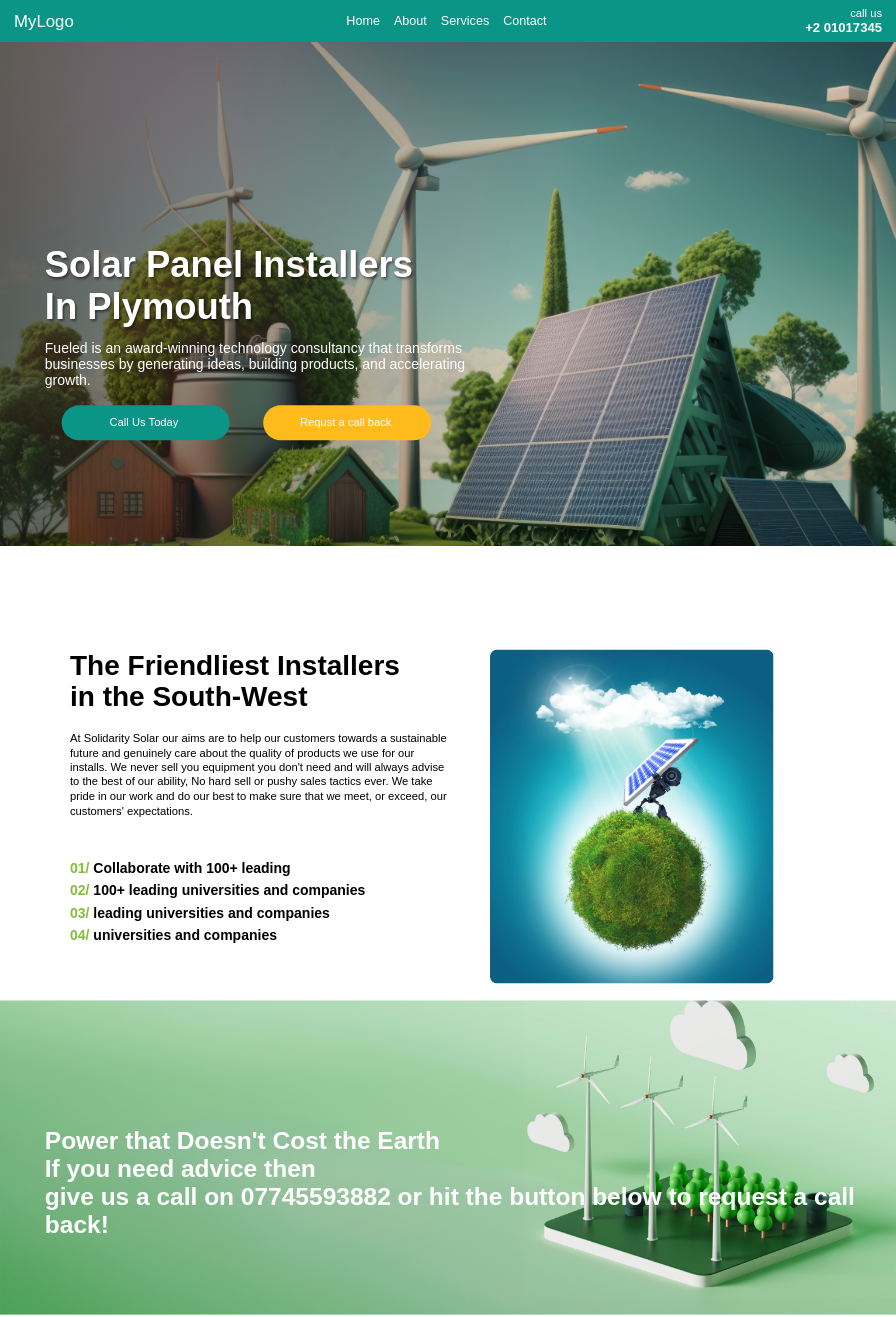
Repository: MaramNabil872/Landing-Page
Page: landingPage.html
An editor plug-in stored every save of this project. The page is shown before and after the next save, followed by the edit.
The browser window is 1280 px wide. The pictures show the whole page, at 70% of full size.

Above is the page before, as saved 2024-10-20 21:41:43.

### landingPage.html
<!DOCTYPE html>
<html lang="en">
    <head>
        <meta charset="UTF-8" />
        <meta name="viewport" content="width=device-width, initial-scale=1.0" />
        <title>Landing Page</title>
        <link rel="stylesheet" href="landingPage.css" />
    </head>
    <body>
        <nav class="navbar">
            <div class="logo">MyLogo</div>

            <ul class="nav-links">
                <li><a href="#home">Home</a></li>
                <li><a href="#about">About</a></li>
                <li><a href="#services">Services</a></li>
                <li><a href="#contact">Contact</a></li>
            </ul>
            <div class="call">
                <p>call us</p>
                <h3>+2 01017345</h3>
            </div>
        </nav>

        <div class="image-container">
            <img
                src="images/solar-panels-meadow 1.png"
                alt="Background Image"
                class="background-image"
            />
            <div class="main-text">
                <h2 class="text-wallpaper">
                    Solar Panel Installers <br />
                    In Plymouth
                </h2>
                <br />
                <p class="text-paragraph">
                    Fueled is an award-winning technology consultancy that
                    transforms <br />
                    businesses by generating ideas, building products, and
                    accelerating<br />
                    growth.
                </p>
                <div class="button-container">
                    <button class="button-wallpaper1">Call Us Today</button>
                    <button class="button-wallpaper2">
                        Requst a call back
                    </button>
                </div>
            </div>
        </div>

        <!-- first container -->

        <div class="container1">
            <div class="text-container1">
                <p class="title-container1">
                    The Friendliest Installers <br />in the South-West
                </p>
                <p class="paragraph-container1">
                    At Solidarity Solar our aims are to help our customers
                    towards a sustainable future and genuinely care about the
                    quality of products we use for our installs. We never sell
                    you equipment you don't need and will always advise to the
                    best of our ability, No hard sell or pushy sales tactics
                    ever. We take pride in our work and do our best to make sure
                    that we meet, or exceed, our customers' expectations.
                </p>
                <div class="last-container1">
                    <p>
                        <span class="number-container1">01/ </span>Collaborate
                        with 100+ leading
                    </p>
                    <p>
                        <span class="number-container1">02/ </span> 100+ leading
                        universities and companies
                    </p>
                    <p>
                        <span class="number-container1">03/ </span> leading
                        universities and companies
                    </p>
                    <p>
                        <span class="number-container1">04/ </span> universities
                        and companies
                    </p>
                </div>
            </div>
            <div class="image-container1">
                <img src="images/Rectangle 30.png" alt="solar" />
            </div>
        </div>

        <!-- second section -->

        <div class="section2">
            <img src="images/middle.png" alt="img">
            <div class="main-text">
                <h2 class="section2-text">Power that Doesn't Cost the Earth</h2>
              <h6 class="section2-paragraph">If you need advice then<br> give us a call on 07745593882 or hit the button below to request a call back!</h6>
            </div>
        </div>
    </body>
</html>

### landingPage.css
* {
    margin: 0;
    padding: 0;
    box-sizing: border-box; /* Added for consistent sizing */
}

body {
    font-family: Arial, sans-serif;
}
@media (max-width: 480px) {
    .text-overlay {
        font-size: 1.2rem; /* Even smaller text size for very small screens */
    }

    .call h3 {
        font-size: 1.2rem; /* Adjust call size for small screens */
    }
}

.navbar {
    background-color: #0b9586;
    display: flex;
    justify-content: space-between;
    align-items: center;
    padding: 10px 20px;
    position: relative;
    flex-wrap: wrap; /* Allow items to wrap on smaller screens */
}

.logo {
    color: #fff;
    font-size: 24px;
}

.nav-links {
    list-style: none;
    display: flex;
    flex-wrap: wrap; /* Allow links to wrap on smaller screens */
}

.nav-links li {
    margin-left: 20px;
}

.nav-links a {
    text-decoration: none;
    color: white;
    font-size: 18px;
    transition: color 0.3s;
}

.nav-links a:hover {
    color: #f0a500;
}

.call {
    color: #fff;
    text-align: right; /* Align text to the right */
}

.image-container {
    position: relative;
    width: 100%;
    height: 100vh;
    overflow: hidden;
}

.background-image {
    width: 100%;
    height: 100%;
    object-fit: cover;
}
.main-text{
    position: absolute;
    top: 40%;
    left:5%;
}
.text-wallpaper {


    color: white;
    font-size: 52px;
    font-weight: bold;
    text-shadow: 2px 2px 4px rgba(0, 0, 0, 0.5);
}
.text-paragraph{
    color: white;
    font-size:  20px;

}
.button-container{
    display: flex;
}
.button-wallpaper1 {
    background-color: #0b9586;
    color: white;
    border: none;
    border-radius: 20em;
    padding: 0.8em 1.5em 0.8em 1.2em;
    width: 40%;
    margin: 4%;
    height: 50px;
    font-size: 16px;
    cursor: pointer;
    align-items: center;

}
.button-wallpaper2 {
    background-color:  #FFBB1C;
    ;
    color: white;
    border: none;
    border-radius: 20em;
    padding: 0.8em 1.5em 0.8em 1.2em;
    width: 40%;
    margin: 4%;
    height: 50px;
    font-size: 16px;
    cursor: pointer;
    align-items: center;

}

.container1 {
    display: flex;
    background-color: white;
    padding-top: 10%;
    border-radius: 8px;
    max-width: 1200px;
    margin: 20px auto;


}
.title-container1{
    font-size: 40px;
    font-weight: bold;


}
.text-container1 {
   flex:1;
    padding-right:5%;
padding-left: 5%;}
.paragraph-container1{
    margin-top: 5%;
    line-height: 1.3;
}

.last-container1{
    font-size: 20px;
    font-weight: bold;
    padding-top: 10%;
    line-height: 1.6;
    .number-container1{
        color:#84BD3A;
        ;
    }
}
.image-container1 {
   flex:1
}

.image-container1 img {
    width: 75%;
    height: auto;
    border-radius: 8px;
}


.section2 {
    position: relative;
    width: 100%;
    overflow: hidden;
}

.section2 img {
    width: 100%;
    height: auto; }

.section2-text {
font-size: 35px;
    color: white;

}
.section2-paragraph{
    font-size: 35px;
    color: white;
}
/* Media Queries for Responsiveness */
@media (max-width: 768px) {
    .navbar {
        flex-direction: column; /* Stack items vertically */
        align-items: flex-start; /* Align items to the left */
    }

    .nav-links {
        margin-top: 10px; /* Space between navbar and links */
    }

    .nav-links li {
        margin-left: 0;
        margin-bottom: 10px; /* Space between links */
    }

    .text-overlay {
        font-size: 1.5rem; /* Smaller text size for mobile */
    }
}

After the next save:
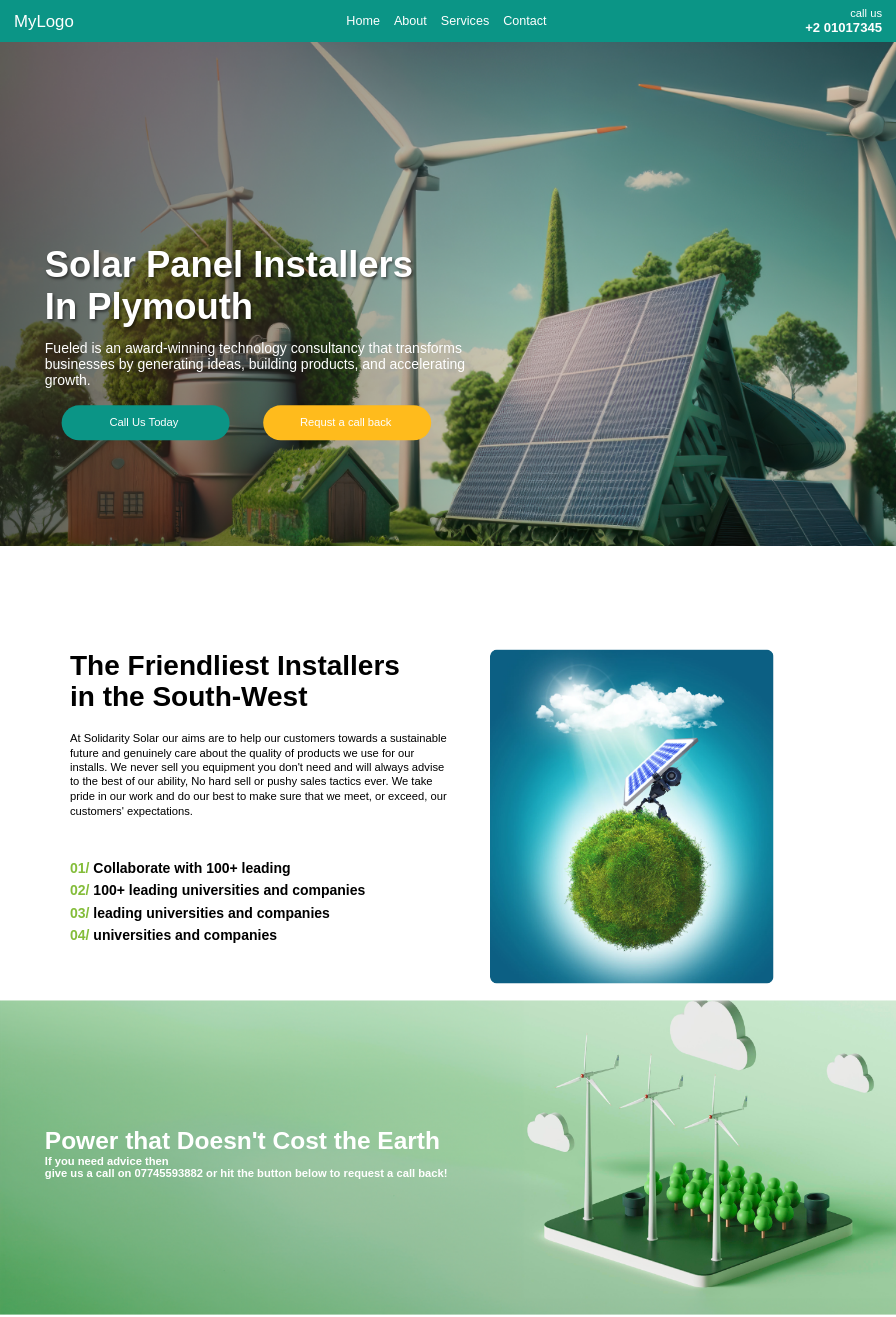
Saved 6 s later.
--- a/landingPage.css
+++ b/landingPage.css
@@ -183,7 +183,7 @@ font-size: 35px;
 
 }
 .section2-paragraph{
-    font-size: 35px;
+    font-size: 16px;
     color: white;
 }
 /* Media Queries for Responsiveness */
